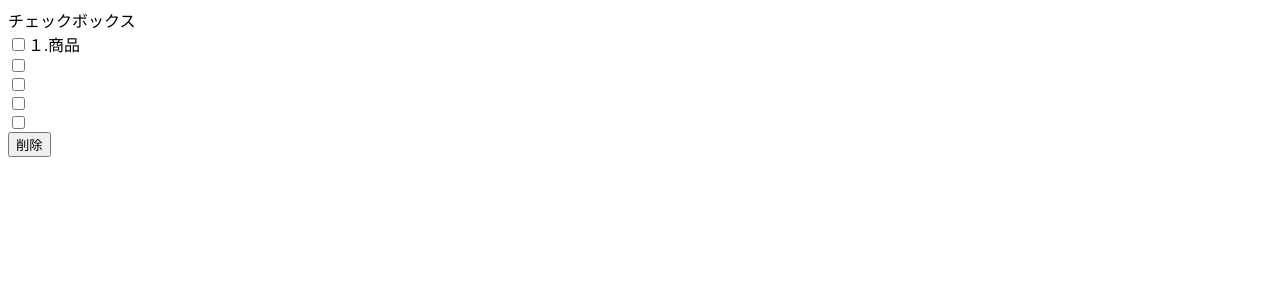
Repository: nathox/backup
Page: http://localhost/Aaaa/a.jsp
These files come from the project's save history. The page is drawn as it stood at one moment and after the next save; the edit follows.
The browser window is 1280 px wide. The pictures show the whole page.
The page is served by Tomcat 9.

Above is the page before, as saved 2018-02-05 02:28:31.

After the next save:
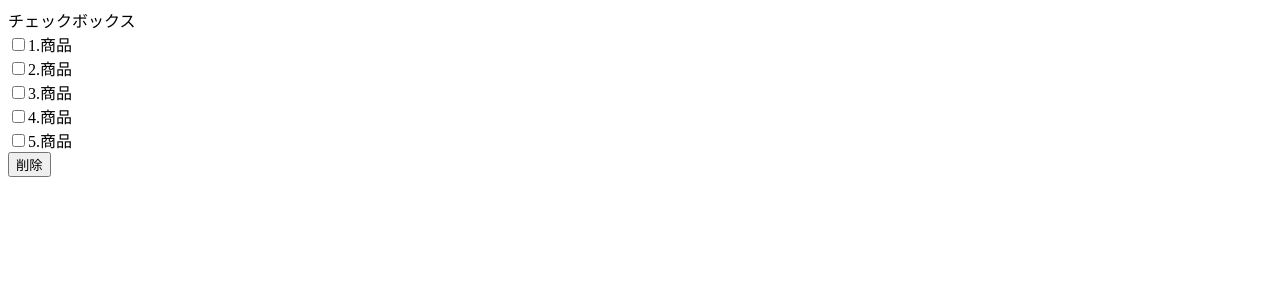
Saved 64 s later.
--- a/Aaaa/WebContent/a.jsp
+++ b/Aaaa/WebContent/a.jsp
@@ -44,11 +44,11 @@
 </script>
 チェックボックス
 <br>
-<input type="checkbox" value="1" name="chkMove">１.商品
-<br><input type="checkbox" value="2" name="chkMove">
-<br><input type="checkbox" value="3" name="chkMove">
-<br><input type="checkbox" value="4" name="chkMove">
-<br><input type="checkbox" value="5" name="chkMove">
+<input type="checkbox" value="1" name="chkMove">1.商品
+<br><input type="checkbox" value="2" name="chkMove">2.商品
+<br><input type="checkbox" value="3" name="chkMove">3.商品
+<br><input type="checkbox" value="4" name="chkMove">4.商品
+<br><input type="checkbox" value="5" name="chkMove">5.商品
 
 
 
